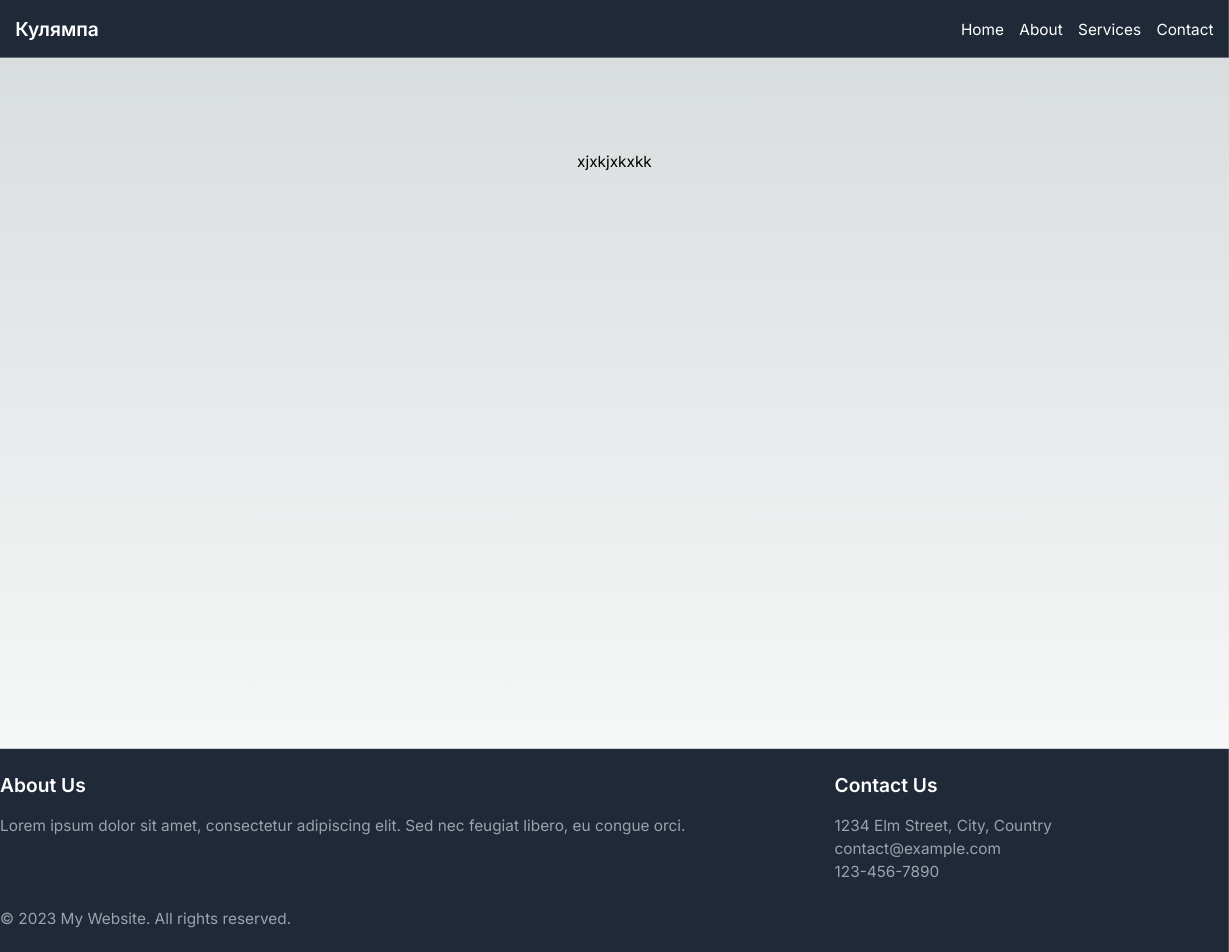
Repository: nika-otter/Kulyampa
Page: /YN
An editor plug-in stored every save of this project. The page is shown before and after the next save, followed by the edit.
The browser window is 1280 px wide. The pictures show the whole page, at 96% of full size.
The project was rebuilt for these pictures with package versions that can differ from the ones it lists, and the page was loaded fresh each time. The framework's server and built-in components were replaced by stand-ins that run in the browser. Also part of the build but not shown: next.config.js.

Above is the page before, as saved 2023-08-19 01:49:58.

### app/layout.tsx
import Header from '@/components/Header'
import Footer from '@/components/Footer'
import './globals.css'
import type { Metadata } from 'next'
import { Inter } from 'next/font/google'

const inter = Inter({ subsets: ['latin'] })

export const metadata: Metadata = {
  title: 'Create Next App',
  description: 'Generated by create next app',
}

export default function RootLayout({
  children,
}: {
  children: React.ReactNode
}) {
  return (
    <html lang="en">
      <body className={inter.className}>
        <Header />

        <main className="flex min-h-screen flex-col items-center justify-between p-24">
            {children}
          </main>
        <Footer/>
        </body>

    </html>
  )
}

### app/YN/page.tsx
import Kulyampa from '@/components/Kulyampa'
import Image from 'next/image'

export default function YN() {
  return (
    <>
      <p>xjxkjxkxkk</p>
    </>
  )
}

### components/Header.tsx
import React from 'react'

const Header = () => {
  return (
    <header className="bg-gray-800 text-white py-4 px-4">
      <div className="container mx-auto flex justify-between items-center">
        <h1 className="text-xl font-semibold">Кулямпа</h1>
        <nav>
          <ul className="flex space-x-4">
            <li>
              <a href="#" className="hover:text-gray-400">Home</a>
            </li>
            <li>
              <a href="/YN" className="hover:text-gray-400">About</a>
            </li>
            <li>
              <a href="#" className="hover:text-gray-400">Services</a>
            </li>
            <li>
              <a href="#" className="hover:text-gray-400">Contact</a>
            </li>
          </ul>
        </nav>
      </div>
    </header>
  )
}

export default Header

### components/Footer.tsx
import React from "react";

const Footer = () => {
  return (
    <footer className="bg-gray-800 text-white py-6">
      <div className="container mx-auto">
        <div className="grid grid-cols-1 md:grid-cols-3 gap-6">
          <div className="col-span-1 md:col-span-2">
            <h2 className="text-xl font-semibold mb-4">About Us</h2>
            <p className="text-gray-400">
              Lorem ipsum dolor sit amet, consectetur adipiscing elit. Sed nec
              feugiat libero, eu congue orci.
            </p>
          </div>
          <div>
            <h2 className="text-xl font-semibold mb-4">Contact Us</h2>
            <p className="text-gray-400">1234 Elm Street, City, Country</p>
            <p className="text-gray-400">contact@example.com</p>
            <p className="text-gray-400">123-456-7890</p>
          </div>
        </div>
        <div className="mt-6 ">
          <p className="text-gray-400 ">
            &copy; {new Date().getFullYear()} My Website. All rights reserved.
          </p>
        </div>
      </div>
    </footer>
  );
};

export default Footer;

Loaded but not shown: app/globals.css (common file); tailwind.config.ts (common file)

After the next save:
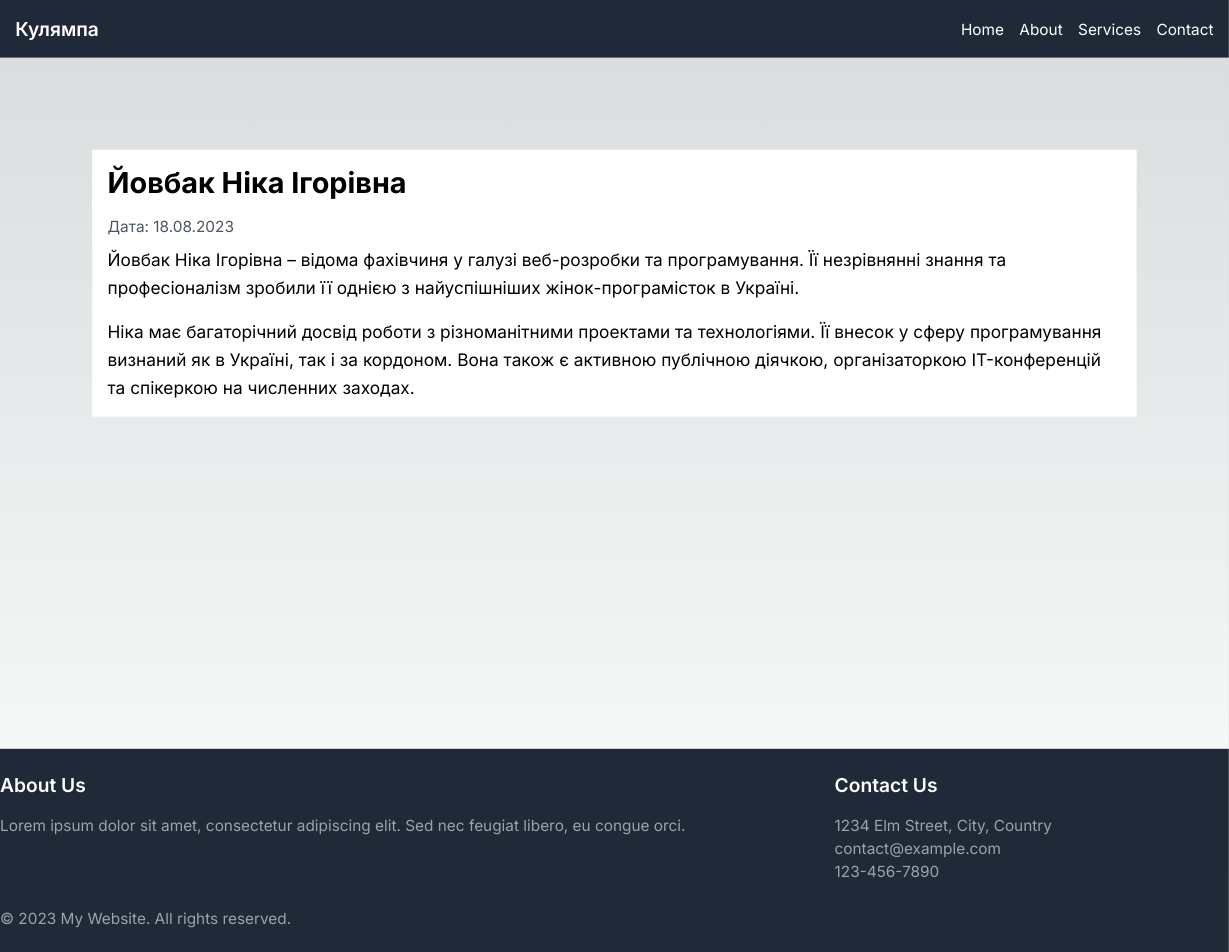
Saved 3 min 35 s later.
--- a/app/YN/page.tsx
+++ b/app/YN/page.tsx
@@ -4,7 +4,21 @@ import Image from 'next/image'
 export default function YN() {
   return (
     <>
-      <p>xjxkjxkxkk</p>
+      <div className="bg-white p-4">
+      <h1 className="text-3xl font-bold mb-4">Йовбак Ніка Ігорівна</h1>
+      <p className="text-gray-600 mb-2">Дата: 18.08.2023</p>
+      <p className="text-lg leading-relaxed mb-4">
+        Йовбак Ніка Ігорівна – відома фахівчиня у галузі веб-розробки та
+        програмування. Її незрівнянні знання та професіоналізм зробили її однією
+        з найуспішніших жінок-програмісток в Україні.
+      </p>
+      <p className="text-lg leading-relaxed">
+        Ніка має багаторічний досвід роботи з різноманітними проектами та
+        технологіями. Її внесок у сферу програмування визнаний як в Україні, так і
+        за кордоном. Вона також є активною публічною діячкою, організаторкою
+        IT-конференцій та спікеркою на численних заходах.
+      </p>
+    </div>
     </>
   )
 }
